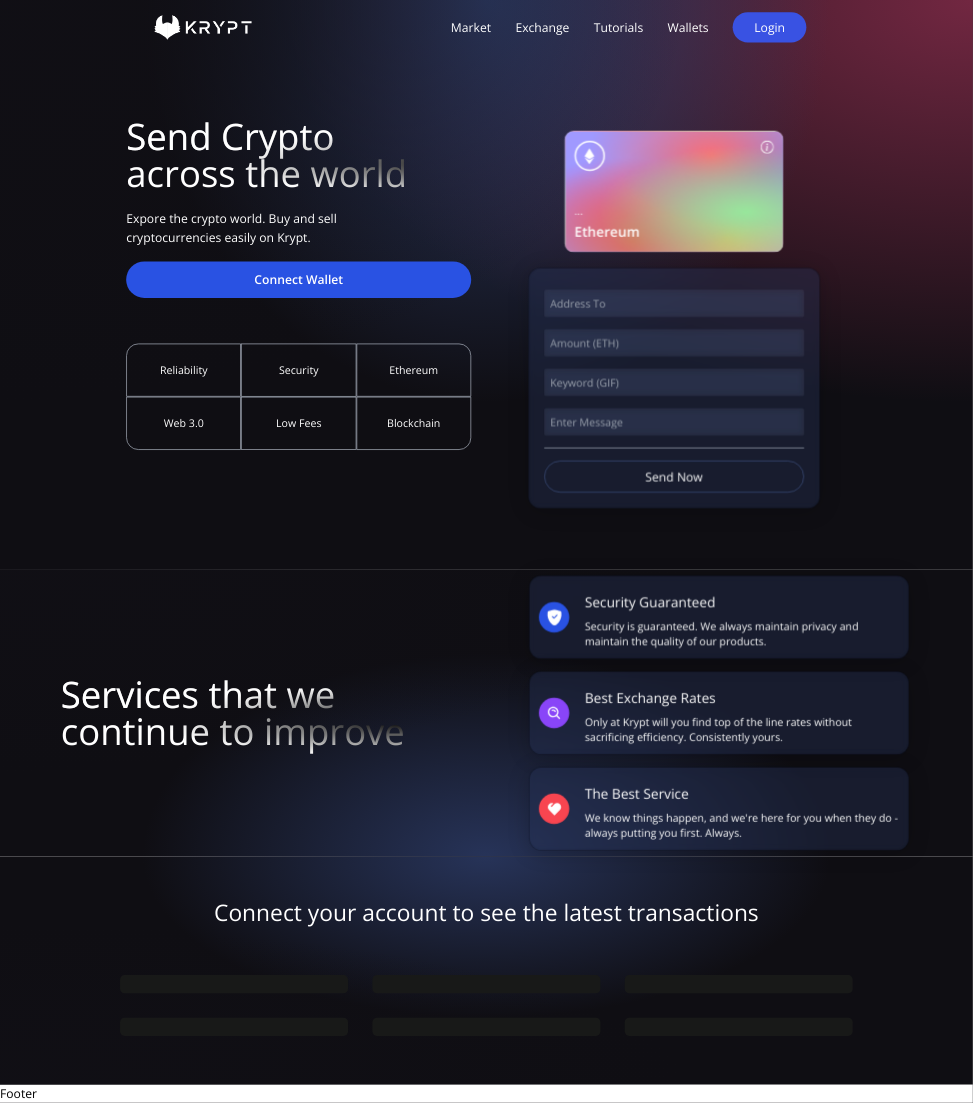
Repository: stephan-chiorean/krypt
Page: / (app in client/)
The author's editor kept a copy of each file at every save. The page is drawn from the files as they stood at one save, then again after the next save.
The browser window is 1280 px wide. The pictures show the whole page, at 76% of full size.
The project was rebuilt for these pictures with package versions that can differ from the ones it lists, and the page was loaded fresh each time. Also part of the build but not shown: client/vite.config.js, client/src/components/Loader.jsx.

Above is the page before, as saved 2023-03-29 20:51:53.

After the next save:
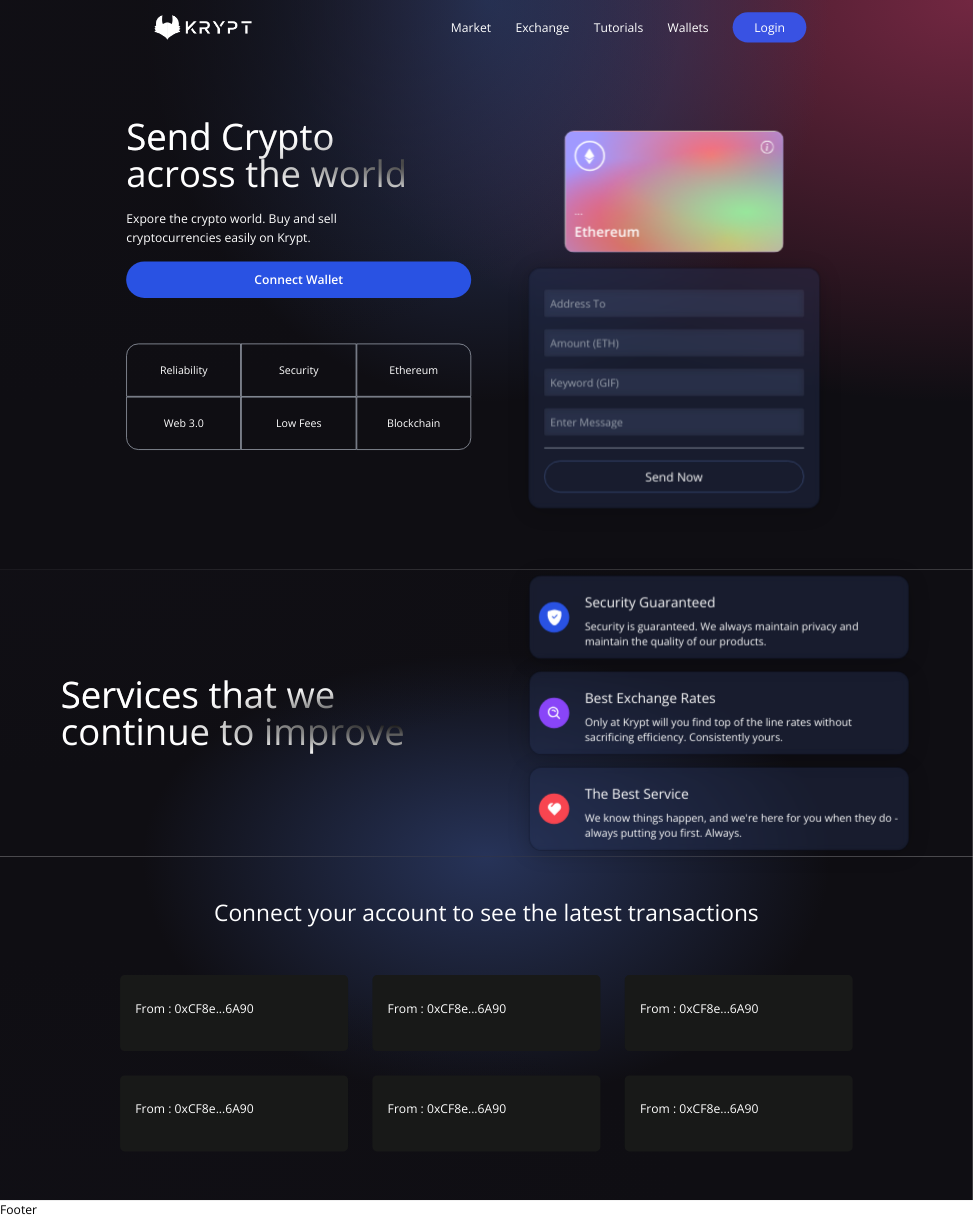
Saved 6 min 32 s later.
--- a/client/src/components/Transactions.jsx
+++ b/client/src/components/Transactions.jsx
@@ -5,6 +5,13 @@ import dummyData from '../utils/dummyData';
 import { shortenAddress } from '../utils/shortenAddress';
 const TransactionCard = ({addressTo, addressFrom, timestamp, message, keyword, amount, url}) => (
   <div className="bg-[#181918] m-4 flex flex-1 2xl:min-w-[450px] 2xl:max-w-[500px] sm:min-w-[270px] sm:max-w-[300px] flex-col p-3 rounded-md hover:shadow-2xl">
+    <div className="flex flex-col items-center w-full mt-3">
+      <div className="flex justify-start w-full mb-6 p-2">
+        <a href={`https://sepolia.etherscan.io/address/${addressFrom}`} target="_blank" rel="noopener noreferrer">
+          <p className="text-white text-base">From : {shortenAddress(addressFrom)}</p>
+        </a>
+      </div>
+    </div>
 
   </div>
 
